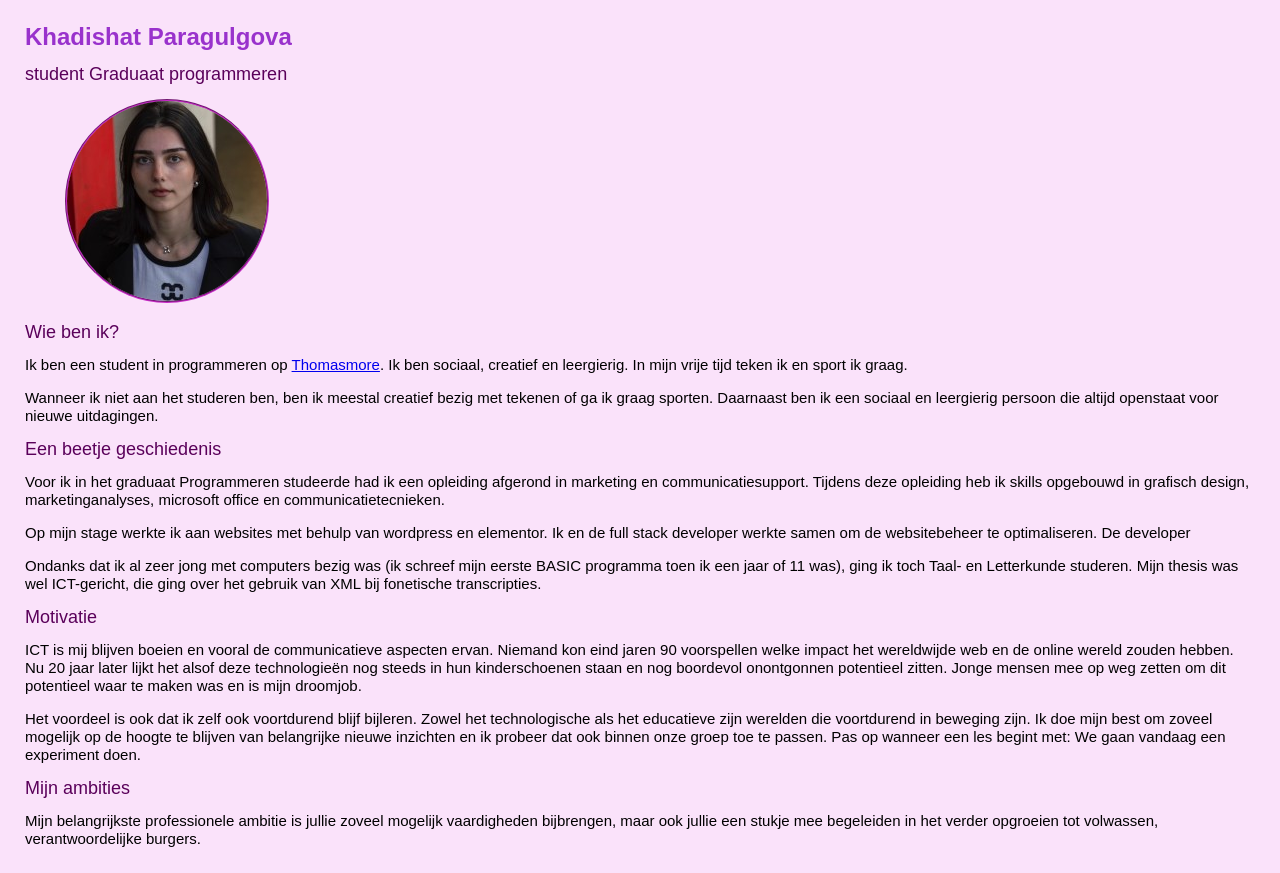
Repository: khadishat00/portfolio
Page: index.html
These files come from the project's save history. The page is drawn as it stood at one moment and after the next save; the edit follows.
The browser window is 1280 px wide. The pictures show the whole page.

Above is the page before, as saved 2026-09-24 15:21:15.

### index.html
<!doctype html>
<html lang="en">
  <head>
    <meta charset="UTF-8" />
    <meta name="viewport" content="width=device-width, initial-scale=1.0" />
    <title>portfolio</title>
  </head>
  <style>
    html {
      font-family: Arial, sans-serif;
    }
    body {
      background-color: rgba(247, 200, 246, 0.509);
      margin: 25px;
    }
    h1 {
      font-family: "Century Gothic", sans-serif;
      color: darkorchid;
      font-weight: bold;
      font-size: 24px;
      line-height: 24px;
    }
    h2 {
      font-family: sans-serif ;
      color:rgb(90, 0, 90);
      font-weight: normal;
      font-size: 18px;
      line-height: 18px;
    }
    p {
      font-family: Arial, ;
      color: black;
      font-size: 15px;
      line-height: 18px;
      font-weight: normal;
      padding:;
    }

    figure {
      display: block;
      margin-block-start: 1em;
      margin-block-end: 1em;
      margin-inline-start: 40px;
      margin-inline-end: 40px;
      unicode-bidi: isolate;
    }

    img {
      max-width: 100%;
      border: 2px groove  ;
      border-radius: 50%;
      border-color: rgb(199, 44, 199);


    }
  </style>

  <body>
    <header>
         <h1>Khadishat Paragulgova</h1>
      <h2>student Graduaat programmeren</h2>
      <figure>
        <img src="profielfoto.jpg" alt="Mijn profielfoto" />
      </figure>
    </header>
    <main>
     <h2>Wie ben ik?</h2>
      <p>
        Ik ben een student in programmeren op
        <a href="https://thomasmore.be/nl">Thomasmore</a>. Ik ben sociaal,
        creatief en leergierig. In mijn vrije tijd teken ik en sport ik graag.
      </p>
      <p>
        Wanneer ik niet aan het studeren ben, ben ik meestal creatief bezig met
        tekenen of ga ik graag sporten. Daarnaast ben ik een sociaal en
        leergierig persoon die altijd openstaat voor nieuwe uitdagingen.
      </p>

      <h2>Een beetje geschiedenis</h2>
      <p>
        Voor ik in het graduaat Programmeren studeerde had ik een opleiding
        afgerond in marketing en communicatiesupport. Tijdens deze opleiding heb
        ik skills opgebouwd in grafisch design, marketinganalyses, microsoft
        office en communicatietecnieken.
      </p>
      <p>
        Op mijn stage werkte ik aan websites met behulp van wordpress en
        elementor. Ik en de full stack developer werkte samen om de websitebeheer te optimaliseren. De developer
      </p>
      <p>
        Ondanks dat ik al zeer jong met computers bezig was (ik schreef mijn
        eerste BASIC programma toen ik een jaar of 11 was), ging ik toch Taal-
        en Letterkunde studeren. Mijn thesis was wel ICT-gericht, die ging over
        het gebruik van XML bij fonetische transcripties.
      </p>

      <h2>Motivatie</h2>
      <p>
        ICT is mij blijven boeien en vooral de communicatieve aspecten ervan.
        Niemand kon eind jaren 90 voorspellen welke impact het wereldwijde web
        en de online wereld zouden hebben. Nu 20 jaar later lijkt het alsof deze
        technologieën nog steeds in hun kinderschoenen staan en nog boordevol
        onontgonnen potentieel zitten. Jonge mensen mee op weg zetten om dit
        potentieel waar te maken was en is mijn droomjob.
      </p>
      <p>
        Het voordeel is ook dat ik zelf ook voortdurend blijf bijleren. Zowel
        het technologische als het educatieve zijn werelden die voortdurend in
        beweging zijn. Ik doe mijn best om zoveel mogelijk op de hoogte te
        blijven van belangrijke nieuwe inzichten en ik probeer dat ook binnen
        onze groep toe te passen. Pas op wanneer een les begint met: We gaan
        vandaag een experiment doen.
      </p>

      <h2>Mijn ambities</h2>
      <p>
        Mijn belangrijkste professionele ambitie is jullie zoveel mogelijk
        vaardigheden bijbrengen, maar ook jullie een stukje mee begeleiden in
        het verder opgroeien tot volwassen, verantwoordelijke burgers.
      </p>
    </main>
  </body>
</html>

After the next save:
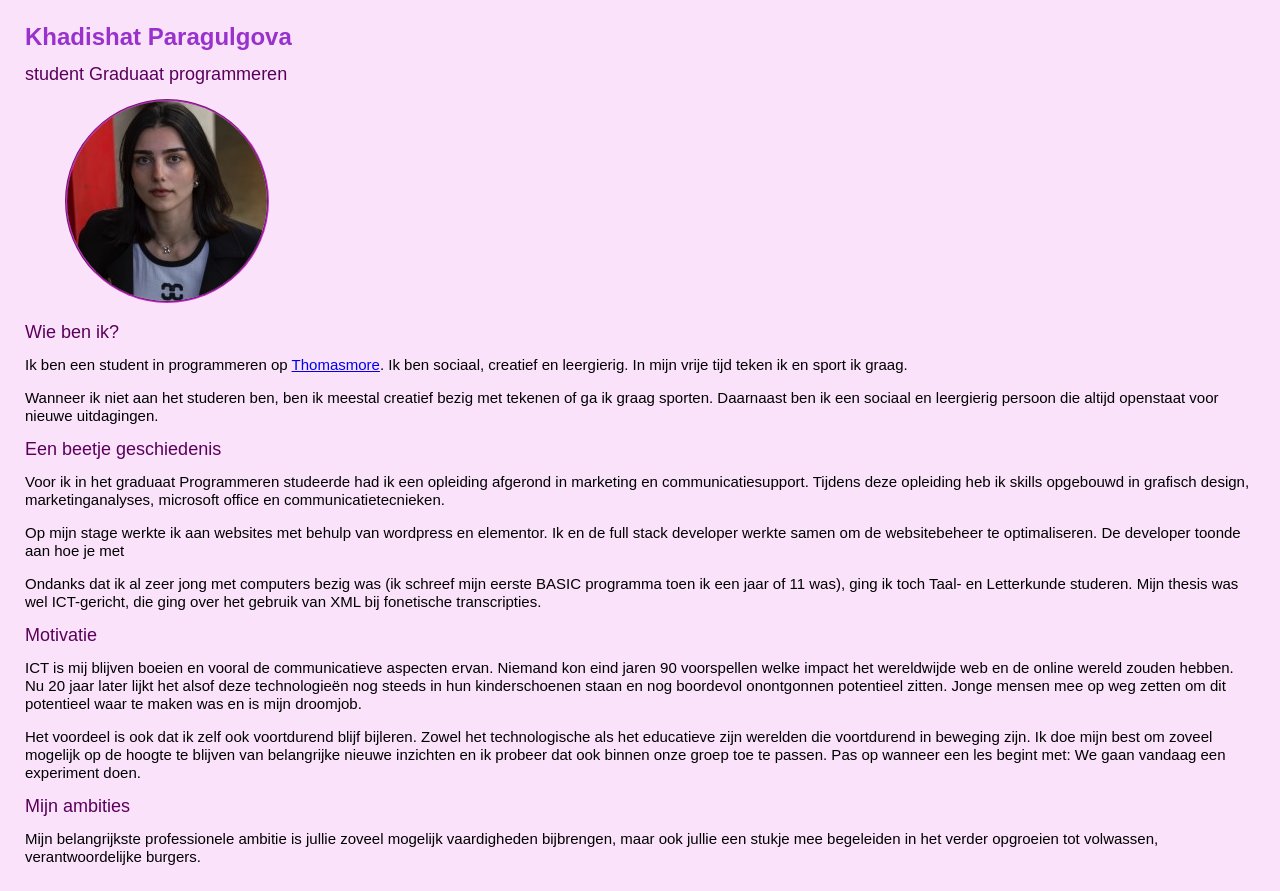
Saved 5 s later.
--- a/index.html
+++ b/index.html
@@ -85,7 +85,7 @@
       </p>
       <p>
         Op mijn stage werkte ik aan websites met behulp van wordpress en
-        elementor. Ik en de full stack developer werkte samen om de websitebeheer te optimaliseren. De developer
+        elementor. Ik en de full stack developer werkte samen om de websitebeheer te optimaliseren. De developer toonde aan hoe je met
       </p>
       <p>
         Ondanks dat ik al zeer jong met computers bezig was (ik schreef mijn
